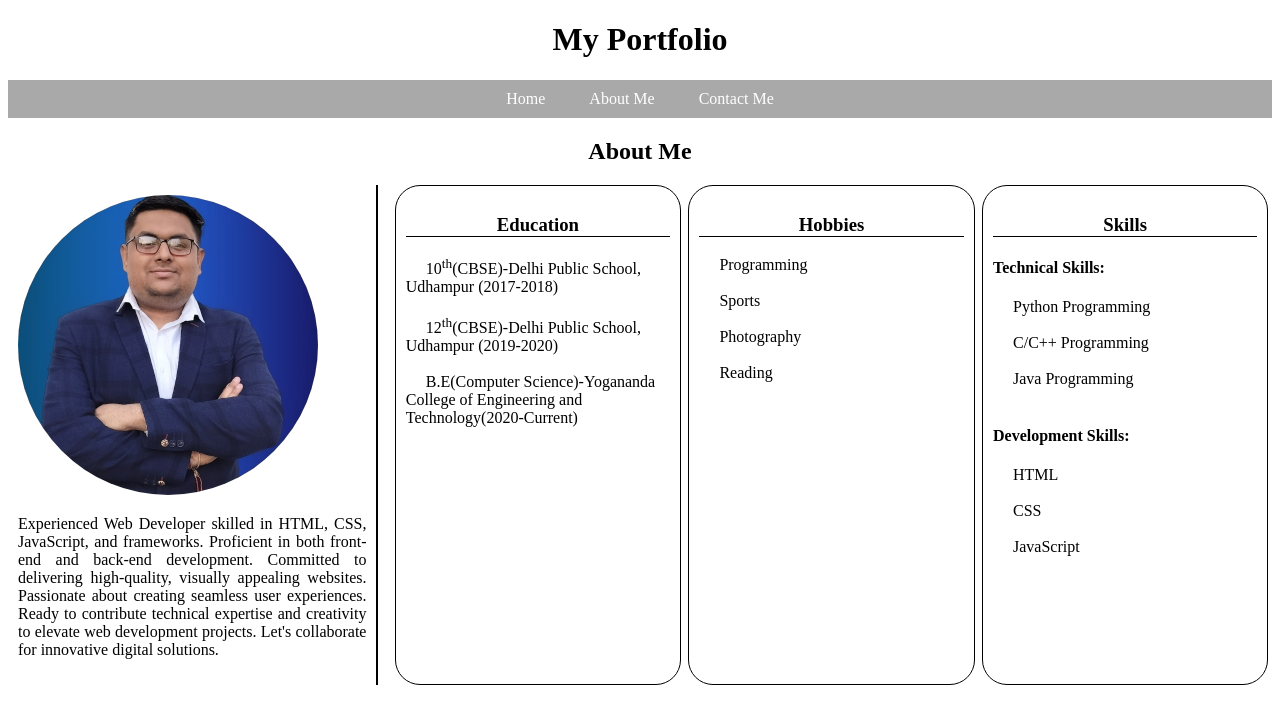
Repository: harshitanthal1/my_portfolio
Page: aboutme.html
The author's editor kept a copy of each file at every save. The page is drawn from the files as they stood at one save, then again after the next save.
The browser window is 1280 px wide. The pictures show the whole page.

Above is the page before, as saved 2024-02-04 10:39:07.

### aboutme.html
<!DOCTYPE html>
<html lang="en">
<head>
    <meta charset="UTF-8">
    <meta name="viewport" content="width=device-width, initial-scale=1.0">
    <title>My Portfolio</title>
    <link rel="stylesheet" href="styles/styles.css" />
</head>
<body>
    <header><h1>My Portfolio</h1></header>
    <nav>
        <li><a href="index.html" >Home</a></li>
        <li><a href="aboutme.html" >About Me</a></li>
        <li><a href="contactme.html" >Contact Me</a></li>
    </nav>
    <h2>About Me</h2>
    <main>
    <div id="profile">
        <img src="images/my_pic.jpg" width="300px" alt="Avatar" />
        <p>
            Experienced Web Developer skilled in HTML, CSS, JavaScript, and frameworks. Proficient in both front-end and back-end development. Committed to delivering high-quality, visually appealing websites. Passionate about creating seamless user experiences. Ready to contribute technical expertise and creativity to elevate web development projects. Let's collaborate for innovative digital solutions.
        </p>
        </div>
    <div id="info">
        <div class="sub-box">
            <h3>Education</h3>
            <li>10<sup>th</sup>(CBSE)-Delhi Public School, Udhampur (2017-2018)</li>
            <br/>
            <br/>
            <li>12<sup>th</sup>(CBSE)-Delhi Public School, Udhampur (2019-2020)</li>
            <br />
            <br/>
            <li>B.E(Computer Science)-Yogananda College of Engineering and Technology(2020-Current)</li>
        </div>
        <div class="sub-box">
            <h3>Hobbies</h3>
                <li>Programming</li><br /><br />
                <li>Sports</li><br /><br />
                <li>Photography</li><br /><br />
                <li>Reading</li><br /><br />
        </div>
        <div class="sub-box">
            <h3>Skills</h3>
            <h4>Technical Skills:</h4>
            <li>Python Programming</li><br /><br />
            <li>C/C++ Programming</li><br /><br />
            <li>Java Programming</li><br /><br />
            <h4>Development Skills:</h4>
            <li>HTML</li><br /><br />
            <li>CSS</li><br /><br />
            <li>JavaScript</li><br /><br />
        </div>
    </div>
    </main>
</body>
</html>

### styles/styles.css
header {
    text-align: center;
}

nav {
    background-color: darkgrey;
    color: white;
    padding: 10px;
    text-align: center;
}

li {
    display: inline;
    margin-right: 20px;
    margin-left: 20px;
}

a {
    text-decoration: none;
    color: white;
}

main {
    display: flex;
    flex-direction: row;
}

#profile {
    width: 29%;
    margin-right: 1%;;
    padding: 10px;
    width: 350px;
    border-right: 2px solid black;
}

#info {
    display: flex;
    width: 70%;
    justify-content: space-around;
}

.sub-box {
    width: 30%;
    border: 1.5px solid black;
    border-radius: 25px;
    padding: 10px;
}

h3 {
    text-align: center;
    border-bottom: 1.5px solid black;

}

p {
    text-align: justify;
}

img {
    border-radius: 50%;
}

h2 {
    text-align: center;
}

After the next save:
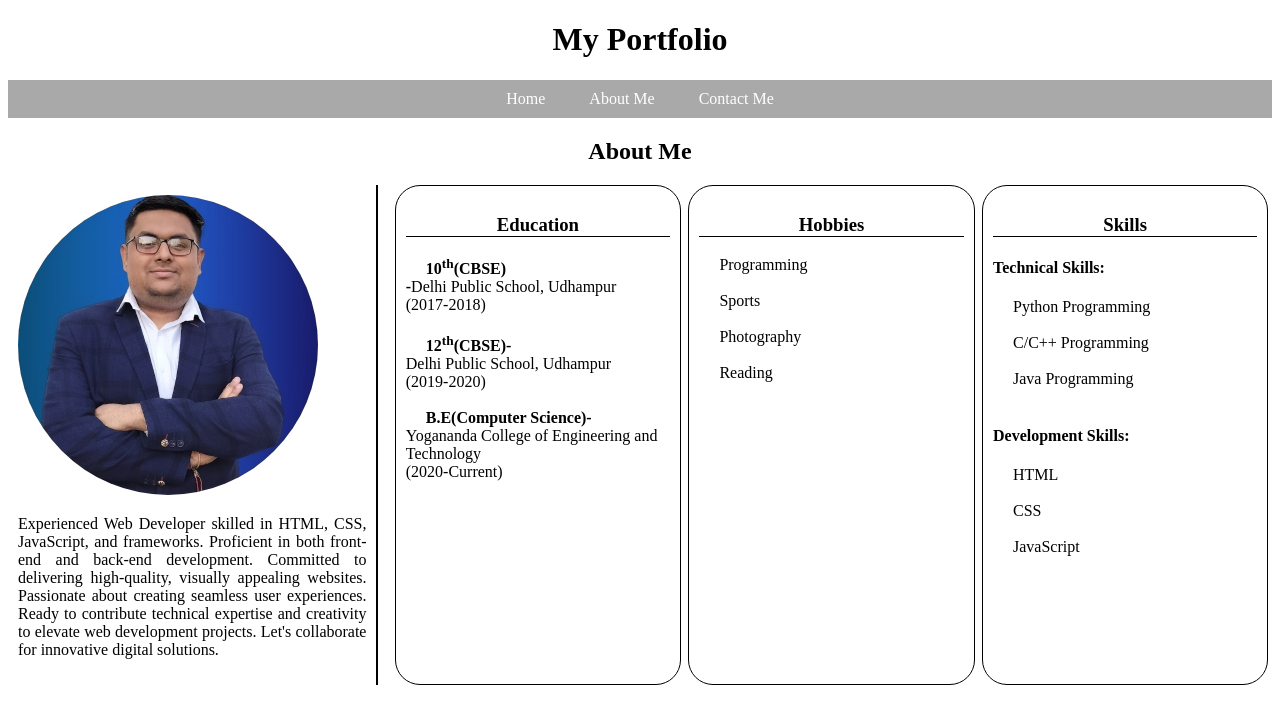
Saved 2 min 26 s later.
--- a/aboutme.html
+++ b/aboutme.html
@@ -24,13 +24,13 @@
     <div id="info">
         <div class="sub-box">
             <h3>Education</h3>
-            <li>10<sup>th</sup>(CBSE)-Delhi Public School, Udhampur (2017-2018)</li>
+            <li><b>10<sup>th</sup>(CBSE)<br />-</b>Delhi Public School, Udhampur<br /> (2017-2018)</li>
             <br/>
             <br/>
-            <li>12<sup>th</sup>(CBSE)-Delhi Public School, Udhampur (2019-2020)</li>
+            <li><b>12<sup>th</sup>(CBSE)-</b><br />Delhi Public School, Udhampur<br /> (2019-2020)</li>
             <br />
             <br/>
-            <li>B.E(Computer Science)-Yogananda College of Engineering and Technology(2020-Current)</li>
+            <li><b>B.E(Computer Science)-</b><br />Yogananda College of Engineering and Technology<br />(2020-Current)</li>
         </div>
         <div class="sub-box">
             <h3>Hobbies</h3>
